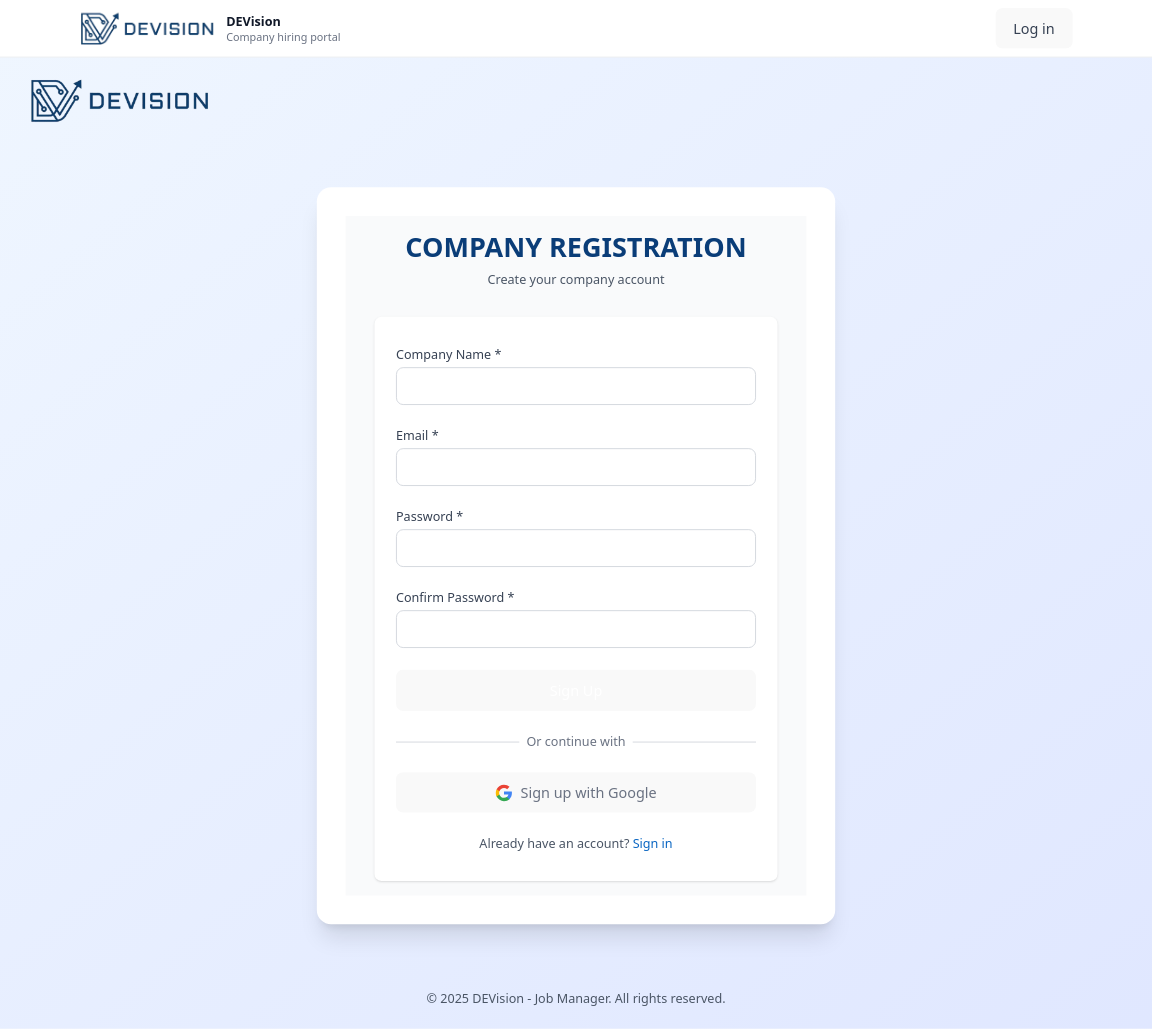
Repository: ISYS3461-2025C-Mulan-DEVision/JobManager_FE
Page: /register
These files come from the project's save history. The page is drawn as it stood at one moment and after the next save; the edit follows.
The browser window is 1280 px wide. The pictures show the whole page, at 90% of full size.
The project was rebuilt for these pictures with package versions that can differ from the ones it lists, and the page was loaded fresh each time. Also part of the build but not shown: vite.config.js, src/components/ui/Card/Card.tsx, src/components/ui/Spinner/Spinner.tsx, src/components/ui/Alert/Alert.tsx, src/pages/Home.tsx, src/components/headless/Table/Table.tsx, src/components/headless/Modal/Modal.tsx, src/components/feature/Authentication/CompanyLogin/CompanyLoginForm.tsx and 4 more.

Above is the page before, as saved 2025-12-12 15:36:01.

### index.html
<!doctype html>
<html lang="en">
  <head>
    <meta charset="UTF-8" />
    <link rel="icon" type="image/svg+xml" href="/logo/logo-icon.png" />
    <meta name="viewport" content="width=device-width, initial-scale=1.0" />
    <title>jobmanager-fe</title>
  </head>
  <body>
    <div id="root"></div>
    <script type="module" src="/src/main.jsx"></script>
  </body>
</html>

### src/main.tsx
import React, { StrictMode } from "react";
import { createRoot } from "react-dom/client";
import "./index.css";
import { BrowserRouter } from "react-router-dom";
import App from "./App.js";
import { Provider } from "react-redux";
import store from "./store/index.js";

const container = document.getElementById("root")!;
if (!container) {
    throw new Error("Root container not found");
} else {
    createRoot(container).render(
        <StrictMode>
            <Provider store={store}>
                <BrowserRouter>
                    <App />
                </BrowserRouter>
            </Provider>
        </StrictMode>,
    );
}

### src/index.css
@import "tailwindcss";

@theme {
  --color-heading: #0A3D78;
  --color-dark-blue: #1E293B;
  --color-background: #F8FAFC;
  --color-filled-button: #0A3D78;
}

:root {
    font-family: system-ui, Avenir, Helvetica, Arial, sans-serif;
    line-height: 1.5;
    font-weight: 400;

    color-scheme: light dark;
    color: rgba(255, 255, 255, 0.87);
    background-color: #242424;

    font-synthesis: none;
    text-rendering: optimizeLegibility;
    -webkit-font-smoothing: antialiased;
    -moz-osx-font-smoothing: grayscale;
}

a {
    font-weight: 500;
    color: #0A66C2;
    text-decoration: inherit;
}
a:hover {
    color: #0A66C2cc;
}

body {
    margin: 0;
    min-width: 320px;
    min-height: 100vh;
}

h1 {
    font-size: 3.2em;
    line-height: 1.1;
    font-weight: 700;
}

button {
    border-radius: 8px;
    border: 1px solid transparent;
    padding: 0.6em 1.2em;
    font-size: 1em;
    font-weight: 500;
    font-family: inherit;
    cursor: pointer;
    transition: border-color 0.25s;
}


/* button {
    border-radius: 8px;
    border: 1px solid transparent;
    padding: 0.6em 1.2em;
    font-size: 1em;
    font-weight: 500;
    font-family: inherit;
    background-color: #1a1a1a;
    cursor: pointer;
    transition: border-color 0.25s;
}
button:hover {
    border-color: #646cff;
}
button:focus,
button:focus-visible {
    outline: 4px auto -webkit-focus-ring-color;
} */

@media (prefers-color-scheme: light) {
    :root {
        color: #213547;
        background-color: #ffffff;
    }
    a:hover {
        color: #747bff;
    }
    button {
        background-color: #f9f9f9;
    }
}

### src/App.tsx
import { Routes, Route } from "react-router-dom";
import Home from "./pages/Home";
import LoginPage from "./pages/LoginPage";
import RegistrationPage from "./pages/RegistrationPage";
import AppHeader from "./components/common/AppHeader";

function App() {
    return (
        <div className="min-h-screen bg-background">
            <AppHeader />
            <main>
                <Routes>
                    <Route path="/" element={<Home />} />
                    <Route path="/login" element={<LoginPage />} />
                    <Route path="/register" element={<RegistrationPage />} />
                </Routes>
            </main>
        </div>
    );
}

export default App;

### src/store/index.ts
import configureStore from "./configureStore";
const store = configureStore();
export default store;

### src/pages/RegistrationPage.tsx
import React from "react";
import { CompanySignup } from "../components/feature/Authentication/CompanySignup";
import AuthLayout from "../layout/AuthLayout";

export default function RegistrationPage() {
    return (
        <AuthLayout>
            <CompanySignup />
        </AuthLayout>
    );
}

### src/components/common/AppHeader.tsx
import { Link, useLocation } from "react-router-dom";
import { Button } from "../ui";

type AppHeaderProps = {
    className?: string;
};

export default function AppHeader({ className }: AppHeaderProps) {
    const location = useLocation();

    const pathname = location.pathname;
    const onLogin = pathname === "/login";
    const onRegister = pathname === "/register";

    return (
        <header className={className ?? ""}>
            <div className="h-16 border-b border-gray-200 bg-white">
                <div className="mx-auto flex h-full max-w-6xl items-center justify-between px-6">
                    <Link to="/" className="flex items-center gap-3">
                        <img src="/logo/logo.png" alt="DEVision" className="h-9 w-auto" />
                        <div className="leading-tight">
                            <div className="text-sm font-semibold text-gray-900">DEVision</div>
                            <div className="text-xs text-gray-500">Company hiring portal</div>
                        </div>
                    </Link>

                    <nav className="flex items-center gap-3">
                        {!onLogin && (
                            <Link to="/login" className="inline-flex">
                                <Button variant="ghost">Log in</Button>
                            </Link>
                        )}
                        {!onRegister && (
                            <Link to="/register" className="inline-flex">
                                <Button>Get started</Button>
                            </Link>
                        )}
                    </nav>
                </div>
            </div>
        </header>
    );
}

### src/store/configureStore.ts
import { createStore, applyMiddleware, Store } from "redux";
import { createLogger } from "redux-logger";
import createSagaMiddleware from "redux-saga";
import { enableBatching } from "redux-batched-actions";
import createReducer from "./reducers";
import rootSaga from "./saga";

const configureStore = (initialState = {}): Store => {
    const rootReducer = createReducer();
    const sagaMiddleware = createSagaMiddleware();

    const middlewares = [sagaMiddleware];

    const isDev = import.meta.env.VITE_NODE_ENV === "development";

    if (isDev) {
        const loggerMiddleware = createLogger({
            collapsed: () => true,
        });
        (middlewares as any[]).push(loggerMiddleware);
    }

    const store = createStore(
        enableBatching(rootReducer),
        initialState,
        applyMiddleware(...middlewares),
    );

    sagaMiddleware.run(rootSaga);

    return store;
};

export default configureStore;

### src/components/ui/index.ts
// UI Components - Presentational components with styling
export * from "./Button";
export * from "./Input";
export * from "./Card";
export * from "./Spinner";
export * from "./Alert";
export * from "./GoogleLogo";

### src/layout/AuthLayout.tsx
import { ReactNode } from 'react';
import { Link } from 'react-router-dom';

interface AuthLayoutProps {
    children: ReactNode;
}

const AuthLayout = ({ children }: AuthLayoutProps) => {
    return (
        <div className="min-h-screen flex flex-col bg-gradient-to-br from-blue-50 to-indigo-100">
            {/* Simple Header - Logo only */}
            <header className="py-6 px-8">
                <div className="flex items-center">
                    <Link to="/">
                        <img
                            src="/logo/logo.png"
                            alt="JobManager Logo"
                            className="h-12 w-auto"
                        />
                    </Link>
                </div>
            </header>

            {/* Centered Content Panel */}
            <main className="flex-1 flex items-center justify-center px-4 py-12">
                {/* <div className="flex-1 flex items-center justify-center">
                    <img src="/auth/background-login-left.png" alt="Left background" className="h-150 w-150 object-contain" />
                </div> */}
                <div className="flex items-center justify-center w-full max-w-xl">
                    <div className="w-full max-w-xl">
                        {/* Card wrapper for the form */}
                        <div className="bg-white rounded-2xl shadow-xl p-8">
                            {children}
                        </div>
                    </div>
                </div>
                {/* <div className="flex-1 flex items-center justify-center">
                    <img src="/auth/background-login-right.png" alt="Right background" className="h-150 w-150 object-contain" />
                </div> */}
            </main>

            {/* Simple Footer - Copyright only */}
            <footer className="py-6 px-4">
                <div className="max-w-md mx-auto text-center">
                    <p className="text-sm text-gray-600">
                        © {new Date().getFullYear()} DEVision - Job Manager. All rights reserved.
                    </p>
                </div>
            </footer>
        </div >
    );
};

export default AuthLayout;

### src/components/feature/Authentication/CompanySignup/index.ts
export { CompanySignup } from "./CompanySignup.tsx";
export { CompanySignupForm } from "./CompanySignupForm.tsx";
export type { SignupPayload, SignupResponse, AuthError } from "./types";

### src/store/reducers.ts
import { combineReducers } from "redux";
import { reducers } from "../redux";
import _ from "lodash";

const appReducer = combineReducers(reducers);
export default function createReducer() {
    const rootReducer = (state, action) => {
        if (action.type === "FORCE_UPDATE_GLOBAL_STATE") {
            return appReducer(_.cloneDeep(action.payload), action as never);
        }
        return appReducer(state, action as never);
    };

    return rootReducer;
}

### src/store/saga.ts
import { all, fork } from "redux-saga/effects";
import { sagas } from "../redux";

export default function* rootSaga() {
    yield all([...Object.values(sagas)].map(fork));
}

### src/components/ui/Button/index.ts
export { Button } from "./Button";
export type { ButtonProps } from "./Button";

### src/components/ui/Input/index.ts
export { Input } from "./Input";
export type { InputProps } from "./Input";

### src/components/ui/Card/index.ts
export { Card, CardHeader, CardBody, CardFooter } from "./Card";
export type { CardProps } from "./Card";

### src/components/ui/Spinner/index.ts
export { Spinner } from "./Spinner";
export type { SpinnerProps } from "./Spinner";

### src/components/ui/Alert/index.ts
export { Alert } from "./Alert";
export type { AlertProps } from "./Alert";

### src/components/ui/GoogleLogo/index.ts
export { GoogleLogo } from "./GoogleLogo";
export type { GoogleLogoProps } from "./GoogleLogo";

### src/components/feature/Authentication/CompanySignup/CompanySignup.tsx
import React from "react";
import { HeadlessForm } from "@/components/headless";
import { CompanySignupForm } from "./CompanySignupForm.tsx";
import { useCompanySignup } from "./hooks/useCompanySignup";
import { SignupPayload } from "./types";

// Validation function
const validateSignupForm = (values: SignupPayload) => {
    const errors: Partial<Record<keyof SignupPayload, string>> = {};

    if (!values.companyName) {
        errors.companyName = "Company name is required";
    }

    if (!values.email) {
        errors.email = "Email is required";
    } else if (!/^[A-Z0-9._%+-]+@[A-Z0-9.-]+\.[A-Z]{2,}$/i.test(values.email)) {
        errors.email = "Invalid email address";
    }

    if (!values.password) {
        errors.password = "Password is required";
    } else if (values.password.length < 6) {
        errors.password = "Password must be at least 6 characters";
    }

    if (!values.confirmPassword) {
        errors.confirmPassword = "Please confirm your password";
    } else if (values.password !== values.confirmPassword) {
        errors.confirmPassword = "Passwords do not match";
    }

    return errors;
};

export const CompanySignup: React.FC = () => {
    const { signup, isLoading, error } = useCompanySignup();

    return (
        <HeadlessForm<SignupPayload>
            initialValues={{ companyName: "", email: "", password: "", confirmPassword: "" }}
            onSubmit={signup}
            validate={validateSignupForm}
        >
            {(formProps) => (
                <CompanySignupForm
                    {...formProps}
                    isLoading={isLoading}
                    error={error}
                />
            )}
        </HeadlessForm>
    );
};

### src/redux/index.ts
const loadModules = (modules: Record<string, any>, hasDefault = false) =>
    Object.entries(modules).map(([path, mod]) => {
        const parts = path.split("/");
        return {
            name: parts.at(-1)!.replace(".js", "").toUpperCase(),
            key: parts.at(-2)!,
            data: hasDefault ? mod.default : mod,
        };
    });

const rawActions = loadModules(
    import.meta.glob("./**/actions.ts", { eager: true }),
    true,
);

const rawTypes = loadModules(
    import.meta.glob("./**/types.ts", { eager: true }),
    false,
);

const rawReducers = loadModules(
    import.meta.glob("./**/reducer.ts", { eager: true }),
    true,
);

const rawSagas = loadModules(
    import.meta.glob("./**/saga.ts", { eager: true }),
    false,
);

// Final exports
export const actions = rawActions.reduce((p, e) => ({ ...p, ...e.data }), {});
export const types = rawTypes.reduce((p, e) => ({ ...p, ...e.data }), {});
export const reducers = rawReducers.reduce(
    (p, e) => ({ ...p, [e.key]: e.data }),
    {},
);
export const sagas = rawSagas.reduce((p, e) => ({ ...p, ...e.data }), {});

### src/components/ui/Input/Input.tsx
import React from "react";
import clsx from "clsx";

export interface InputProps extends React.InputHTMLAttributes<HTMLInputElement> {
    label?: string;
    error?: string;
    helperText?: string;
    fullWidth?: boolean;
}

export const Input: React.FC<InputProps> = ({
    label,
    error,
    helperText,
    fullWidth = false,
    className,
    id,
    ...props
}) => {
    const inputId = id || label?.toLowerCase().replace(/\s+/g, "-");

    return (
        <div className={clsx("flex flex-col gap-1", fullWidth && "w-full")}>
            {label && (
                <label
                    htmlFor={inputId}
                    className="text-sm font-medium text-gray-700"
                >
                    {label}
                </label>
            )}
            <input
                id={inputId}
                className={clsx(
                    "px-3 py-2 border rounded-lg focus:outline-none focus:ring-2 transition-colors",
                    "text-gray-900 placeholder:text-gray-400",
                    error
                        ? "border-red-500 focus:ring-red-500 focus:border-red-500"
                        : "border-gray-300 focus:ring-blue-500 focus:border-blue-500",
                    props.disabled && "bg-gray-100 cursor-not-allowed",
                    className,
                )}
                {...props}
            />
            {error && <span className="text-sm text-red-600">{error}</span>}
            {helperText && !error && (
                <span className="text-sm text-gray-500">{helperText}</span>
            )}
        </div>
    );
};

### src/components/ui/GoogleLogo/GoogleLogo.tsx
import React from "react";
import clsx from "clsx";

export interface GoogleLogoProps {
    size?: "sm" | "md" | "lg";
    className?: string;
}

export const GoogleLogo: React.FC<GoogleLogoProps> = ({
    size = "md",
    className,
}) => {
    const sizeClasses = {
        sm: "w-4 h-4",
        md: "w-5 h-5",
        lg: "w-6 h-6",
    };

    return (
        <svg
            className={clsx(sizeClasses[size], className)}
            viewBox="0 0 24 24"
            xmlns="http://www.w3.org/2000/svg"
        >
            <path
                d="M22.56 12.25c0-.78-.07-1.53-.2-2.25H12v4.26h5.92c-.26 1.37-1.04 2.53-2.21 3.31v2.77h3.57c2.08-1.92 3.28-4.74 3.28-8.09z"
                fill="#4285F4"
            />
            <path
                d="M12 23c2.97 0 5.46-.98 7.28-2.66l-3.57-2.77c-.98.66-2.23 1.06-3.71 1.06-2.86 0-5.29-1.93-6.16-4.53H2.18v2.84C3.99 20.53 7.7 23 12 23z"
                fill="#34A853"
            />
            <path
                d="M5.84 14.09c-.22-.66-.35-1.36-.35-2.09s.13-1.43.35-2.09V7.07H2.18C1.43 8.55 1 10.22 1 12s.43 3.45 1.18 4.93l2.85-2.22.81-.62z"
                fill="#FBBC05"
            />
            <path
                d="M12 5.38c1.62 0 3.06.56 4.21 1.64l3.15-3.15C17.45 2.09 14.97 1 12 1 7.7 1 3.99 3.47 2.18 7.07l3.66 2.84c.87-2.6 3.3-4.53 6.16-4.53z"
                fill="#EA4335"
            />
        </svg>
    );
};

### src/components/headless/index.ts
// Headless Components - Logic without UI
export { HeadlessForm } from "./Form";
export { HeadlessTable } from "./Table";
export { useTable } from "./Table/useTable";
export { HeadlessModal } from "./Modal";

// Types
export * from "./types";
export type { TableColumn } from "./Table/useTable";

### src/components/feature/Authentication/CompanySignup/hooks/useCompanySignup.ts
import { useState } from "react";
import AuthService, { SignupPayload } from "../../api/AuthService.ts";

export const useCompanySignup = () => {
    const [isLoading, setIsLoading] = useState(false);
    const [error, setError] = useState<string | null>(null);

    const signup = async (formData: SignupPayload) => {
        setIsLoading(true);
        setError(null);

        try {
            await AuthService.signupCompany(formData);
            // Handle success (e.g., redirect, store token)
            console.log("Signup successful");
        } catch (err) {
            setError("Failed to sign up. Please try again.");
            console.error(err);
        } finally {
            setIsLoading(false);
        }
    };

    return {
        signup,
        isLoading,
        error,
    };
};

### src/redux/app/actions.ts
import * as types from "./type";

const setLoading = (payload: boolean) => ({ type: types.SET_LOADING, payload });
const setError = (payload: string | null) => ({
    type: types.SET_ERROR,
    payload,
});
const setInitialized = (payload: boolean) => ({
    type: types.SET_INITIALIZED,
    payload,
});
const reset = () => ({ type: types.RESET });

const toggleLoadingAsync = (payload: boolean) => ({
    type: types.TOGGLE_LOADING_ASYNC,
    payload,
});

export default {
    setLoading,
    setError,
    setInitialized,
    reset,
    toggleLoadingAsync,
};

### src/redux/app/reducer.ts
import * as types from "./type";
export interface AppState {
    loading: boolean;
    error: string | null;
    initialized?: boolean;
    test: string;
}

const INITIAL_STATE: AppState = {
    loading: true,
    error: null,
    initialized: false,
    test: "test",
};

type Action = { type: string; payload?: any };

export default function appReducer(
    state: AppState = INITIAL_STATE,
    action: Action,
): AppState {
    switch (action.type) {
        case types.SET_LOADING:
            return { ...state, loading: !!action.payload };
        case types.SET_ERROR:
            return { ...state, error: action.payload ?? null, loading: false };
        case types.SET_INITIALIZED:
            return { ...state, initialized: !!action.payload };
        case types.RESET:
            return { ...INITIAL_STATE };
        default:
            return state;
    }
}

### src/redux/app/saga.ts
import { takeEvery, put, delay } from "redux-saga/effects";
import * as types from "./type";
import actions from "./actions";

function* handleToggleLoading(action: any) {
    yield delay(300);
    yield put(actions.setLoading(action.payload));
}

export function* watchToggleLoading() {
    yield takeEvery(types.TOGGLE_LOADING_ASYNC, handleToggleLoading);
}

### src/components/headless/Form/index.ts
export { HeadlessForm } from "./Form";

### src/components/headless/Table/index.ts
export { HeadlessTable } from "./Table";
export { useTable } from "./useTable";
export type { TableColumn } from "./useTable";

### src/components/headless/Modal/index.ts
export { HeadlessModal } from "./Modal";

### src/components/feature/Authentication/api/AuthService.ts
// import { HttpClient } from "../../../../services/httpClient";

export interface LoginPayload {
    email: string;
    password: string;
}

export interface SignupPayload {
    companyName: string;
    email: string;
    password: string;
    confirmPassword: string;
}

export const loginCompany = async (payload: LoginPayload) => {
    // Replace with actual API endpoint
    // return HttpClient.post('/auth/company/login', payload);

    // Mock implementation for now
    console.log("Logging in company with:", payload);
    return new Promise((resolve) => {
        setTimeout(
            () =>
                resolve({
                    token: "mock-token",
                    user: { name: "Company Admin" },
                }),
            1000,
        );
    });
};

export const signupCompany = async (payload: SignupPayload) => {
    // Replace with actual API endpoint
    // return HttpClient.post('/auth/company/signup', payload);

    // Mock implementation for now
    console.log("Signing up company with:", payload);
    return new Promise((resolve) => {
        setTimeout(
            () =>
                resolve({
                    token: "mock-token",
                    user: { name: payload.companyName },
                }),
            1000,
        );
    });
};

const AuthService = {
    loginCompany,
    signupCompany,
};

export default AuthService;

### src/redux/app/type.ts
const prefix = "APP/";

export const SET_LOADING = `${prefix}SET_LOADING`;
export const SET_ERROR = `${prefix}SET_ERROR`;
export const SET_INITIALIZED = `${prefix}SET_INITIALIZED`;
export const RESET = `${prefix}RESET`;

// test async action
export const TOGGLE_LOADING_ASYNC = `${prefix}TOGGLE_LOADING_ASYNC`;

Loaded but not shown: src/components/feature/Authentication/CompanySignup/CompanySignupForm.tsx (155 lines, source omitted); src/components/ui/Button/Button.tsx (81 lines, source omitted); src/components/headless/Form/Form.tsx (93 lines, source omitted); src/components/headless/types.ts (71 lines, source omitted); src/components/headless/Table/useTable.ts (76 lines, source omitted)

After the next save:
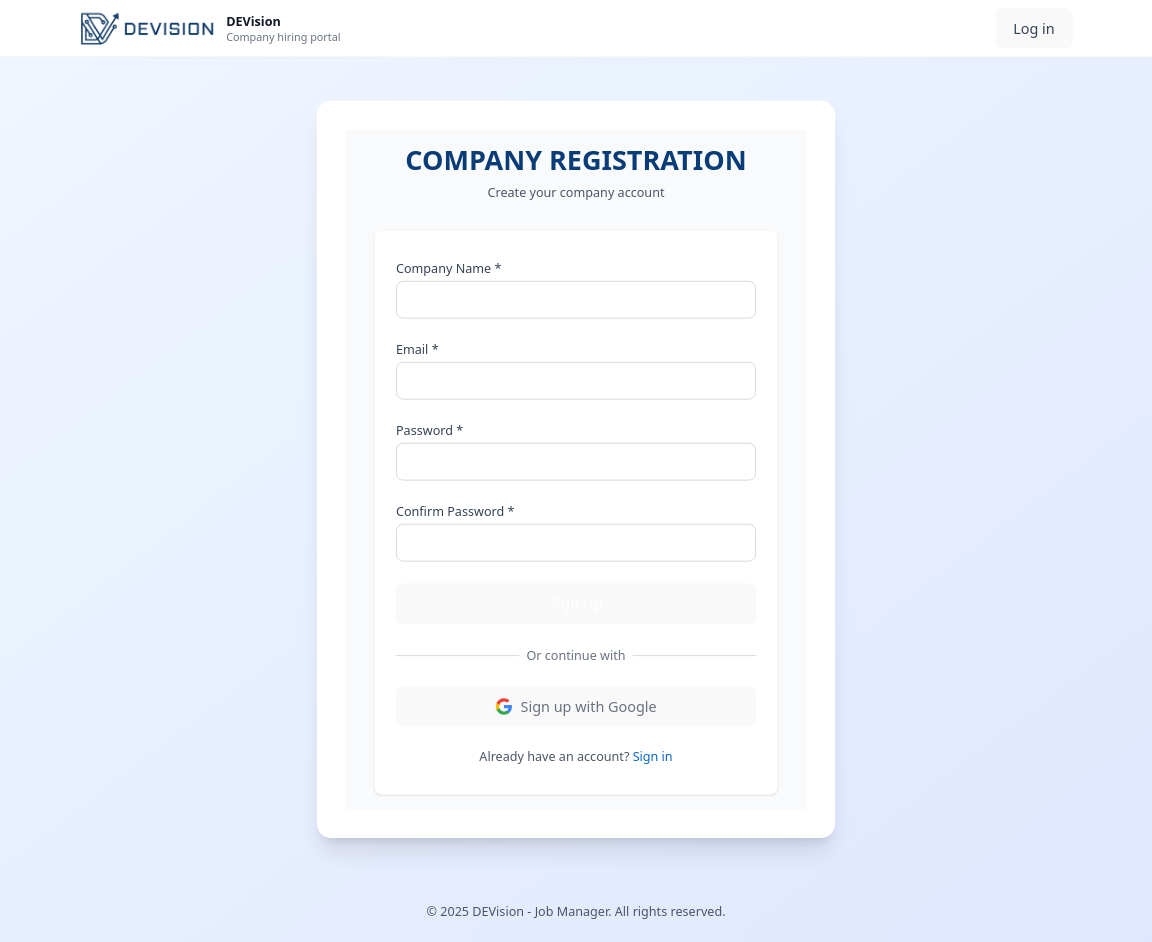
Saved 9 s later.
--- a/src/layout/AuthLayout.tsx
+++ b/src/layout/AuthLayout.tsx
@@ -1,5 +1,4 @@
 import { ReactNode } from 'react';
-import { Link } from 'react-router-dom';
 
 interface AuthLayoutProps {
     children: ReactNode;
@@ -7,19 +6,7 @@ interface AuthLayoutProps {
 
 const AuthLayout = ({ children }: AuthLayoutProps) => {
     return (
-        <div className="min-h-screen flex flex-col bg-gradient-to-br from-blue-50 to-indigo-100">
-            {/* Simple Header - Logo only */}
-            <header className="py-6 px-8">
-                <div className="flex items-center">
-                    <Link to="/">
-                        <img
-                            src="/logo/logo.png"
-                            alt="JobManager Logo"
-                            className="h-12 w-auto"
-                        />
-                    </Link>
-                </div>
-            </header>
+        <div className="min-h-[calc(100vh-4rem)] flex flex-col bg-gradient-to-br from-blue-50 to-indigo-100">
 
             {/* Centered Content Panel */}
             <main className="flex-1 flex items-center justify-center px-4 py-12">
